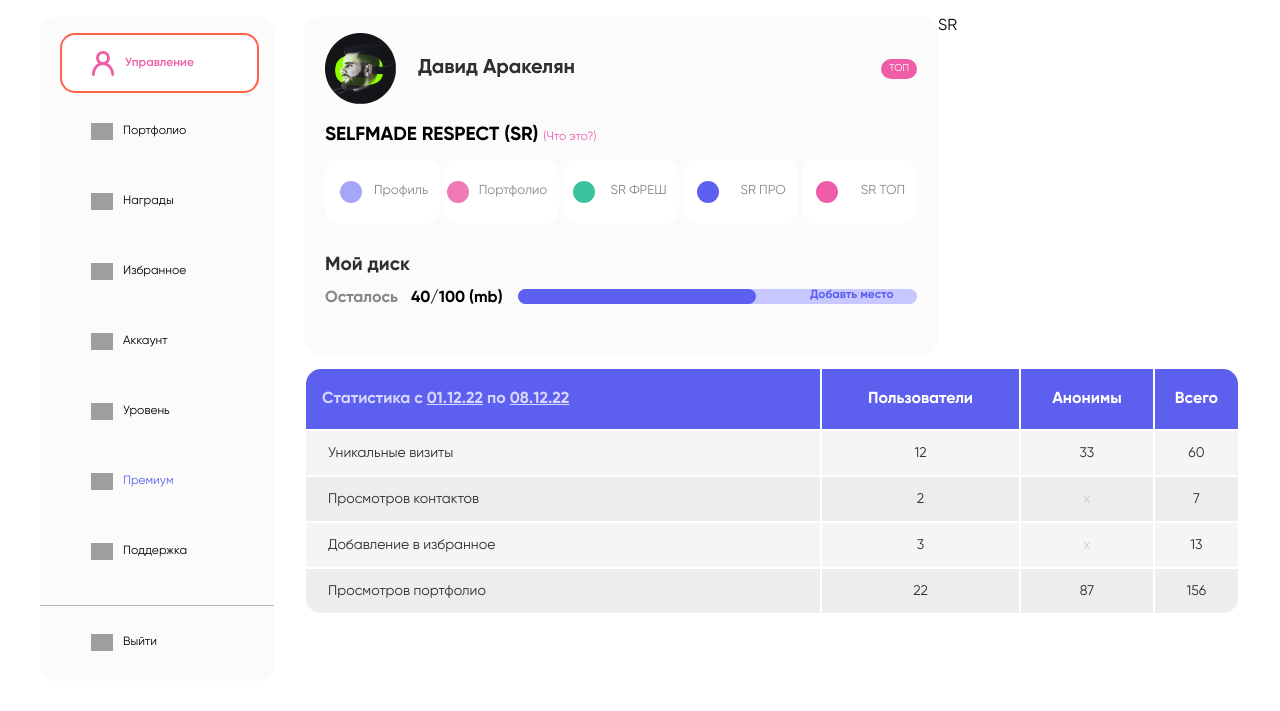
Repository: alexboagreek/selfmade
Page: index.html
The author's editor kept a copy of each file at every save. The page is drawn from the files as they stood at one save, then again after a run of saves.
The browser window is 1280 px wide. The pictures show the part of the page from y = 353 to 1064 px (the page is 1703 px tall before and 1573 px after).
Pictures or frames that could not be fetched are drawn as grey boxes. A picture or video elsewhere on the page could not be fetched, so the positions and the page height are approximate.

Above is the page before, as saved 2022-12-13 16:49:35.

### index.html
<!DOCTYPE html>
<html lang="ru">
<head>
    <meta charset="UTF-8">
    <meta http-equiv="X-UA-Compatible" content="IE=edge">
    <meta name="viewport" content="width=device-width, initial-scale=1.0">
    <link rel="stylesheet" href="css/style.css">
    <link rel="icon" type="image/png" sizes="64x64" href="assets/icons/favicon.png">
    <link rel="icon" type="image/png" sizes="48x48" href="assets/icons/favicon_48.png">
    <title>Selfmade</title>
</head>
<body>
    <header class="header">
        <div class="header__container">
            <h1 class="visually-hidden">Selfmade...</h1>
            <div class="header__box">
                <div class="header__logo">
                    <a href="/"><img src="./assets/icons/header_logo.svg" alt="Логотип Selfmade"></a>
                </div>
                <div class="header__login">
                    <div class="header__alarm">
                        <img class="header__alarm_icon" src="assets/icons/bell.svg" alt="authorization bell">
                    </div>
                    <p class="user__name">Аракелян Д.</p>
                    <div class="user__login">
                        <img src="assets/icons/user_icon.svg" alt="user icon">
                    </div>
                </div>
            </div>
        </div>
    </header>

    <main class="main main__container">
        <div class="sidebar">
            <ul class="menu__list">
                <li class="menu__list_item menu__list_item_fix">
                    <button class="menu__list_button menu__button_control control__text button__margin">Управление</button>
                </li>
                <li class="menu__list_item list_item_fix">
                    <button class="menu__list_button menu__button_portfolio">Портфолио</button>
                </li>
                <li class="menu__list_item list_item_fix">
                    <button class="menu__list_button menu__button_star">Награды</button>
                </li>
                <li class="menu__list_item list_item_fix">
                    <button class="menu__list_button menu__button_like">Избранное</button>
                </li>
                <li class="menu__list_item list_item_fix">
                    <button class="menu__list_button menu__button_settings">Аккаунт</button>
                </li>
                <li class="menu__list_item list_item_fix">
                    <button class="menu__list_button menu__button_level">Уровень</button>
                </li>
                <li class="menu__list_item list_item_fix">
                    <button class="menu__list_button menu__button_premium menu__button_active">Премиум</button>
                </li>
                <li class="menu__list_item item__border list_item_fix">
                    <button class="menu__list_button menu__button_helper">Поддержка</button>
                </li>
                <li class="menu__list_item list_item_fix menu__line">
                    <button class="menu__list_button menu__button_exit">Выйти</button>
                </li>
            </ul>
        </div>
        <div class="content">
            <section class="interface">
                <div class="interface__box">
                    <div class="interface__box_header interface__line">
                        <div class="user__info">
                            <img src="assets/img/interface.png" alt="Логотип интерфейса юзера | user interface logo" class="interface__img">
                            <p class="interface__text">Давид Аракелян</p>
                        </div>
                        <div class="interface__rating">Топ</div>
                    </div>
                    <div class="selfmade__respect">
                        <h2 class="selfmade__respect_title">SELFMADE RESPECT (SR) <span class="selfmade__span">(Что это?)</span></h2>
                        <ul class="selfmade__list">
                            <li class="selfmade__list_item"><span class="selfmade__profile"></span><span class="list__text">Профиль</span></li>
                            <li class="selfmade__list_item"><span class="selfmade__portfolio"></span>Портфолио</li>
                            <li class="selfmade__list_item"><span class="selfmade__fresh"></span>SR ФРЕШ</li>
                            <li class="selfmade__list_item"><span class="selfmade__pro"></span>SR ПРО</li>
                            <li class="selfmade__list_item"><span class="selfmade__top"></span>SR ТОП</li>
                        </ul>
                    </div>
                    <div class="selfmade__disk">
                        <h3 class="selfmade__disk_title">Мой диск</h3>
                        <div class="selfmade__disk_progress">
                            <p class="selfmade__disk_text">Осталось</p>
                            <p class="selfmade__disk_value">40/100 (mb)</p>
                            <div class="progress__bar">
                                <div class="progress__cover_bar"><span class="progress__bar_text">Добавть место</span></div>
                            </div>
                        </div>
                    </div>
                </div>
                <div class="interface__respect">SR</div>
            </section>
            <section class="table">
                <table class="table__body">
                    <thead>
                      <tr>
                        <th class="table__head">Статистика с <span class="table__date">01.12.22</span> по <span class="table__date">08.12.22</span></th>
                        <th class="table__text">Пользователи</th>
                        <th class="table__text">Анонимы</th>
                        <th class="table__text table__left">Всего</th>
                      </tr>
                    </thead>
                    <tbody>
                      <tr class="table__first">
                        <td class="table__first_row">Уникальные визиты</td>
                        <td class="first__row_text">12</td>
                        <td class="first__row_text">33</td>
                        <td class="first__row_text">60</td>
                      </tr>
                      <tr class="table__second">
                        <td class="table__second_row">Просмотров контактов</td>
                        <td class="first__row_text">2</td>
                        <td class="first__row_text text__module">x</td>
                        <td class="first__row_text">7</td>
                      </tr>
                      <tr class="table__first">
                        <td class="table__first_row">Добавление в избранное</td>
                        <td class="first__row_text">3</td>
                        <td class="first__row_text text__module">x</td>
                        <td class="first__row_text">13</td>
                      </tr>
                      <tr  class="table__second">
                        <td class="table__second_row row__radius_left">Просмотров портфолио</td>
                        <td class="first__row_text">22</td>
                        <td class="first__row_text">87</td>
                        <td class="first__row_text row__radius">156</td>
                      </tr>
                    </tbody>
                  </table>
            </section>
        </div>
    </main>

  <footer class="footer">
    <div class="footer__container">
        <div class="footer__box">
            <img src="./assets/icons/footer_logo.svg" alt="Логотип Selfmade">
            <div class="footer__social">
                <ul class="footer__social_list">
                    <li class="footer__social_list_item">
                        <svg width="15" height="14" viewbox="0 0 15 14" fill="none" xmlns="http://www.w3.org/2000/svg">
                            <path d="M0.911243 6.87875L4.18677 8.10128L5.45459 12.1786C5.53572 12.4397 5.85504 12.5363 6.067 12.363L7.89283 10.8745C8.08421 10.7186 8.35682 10.7108 8.55683 10.856L11.85 13.2469C12.0767 13.4117 12.3979 13.2875 12.4548 13.0135L14.8672 1.40935C14.9293 1.11007 14.6352 0.860402 14.3502 0.970619L0.907405 6.15646C0.575664 6.2844 0.578554 6.75408 0.911243 6.87875ZM5.25027 7.4505L11.6519 3.50775C11.7669 3.43709 11.8853 3.59266 11.7865 3.6843L6.50332 8.59526C6.31761 8.76813 6.19783 8.99946 6.1639 9.25055L5.98393 10.5842C5.9601 10.7623 5.70995 10.78 5.66081 10.6077L4.96866 8.17563C4.88939 7.89823 5.00491 7.60194 5.25027 7.4505Z" fill="#5D5FEF"/>
                        </svg>
                    </li>
                    <li class="footer__social_list_item">
                        <svg width="15" height="15" viewbox="0 0 15 15" fill="none" xmlns="http://www.w3.org/2000/svg">
                            <path fill-rule="evenodd" clip-rule="evenodd" d="M4.90509 0.6828C2.54568 0.6828 0.632996 2.59548 0.632996 4.9549V10.295C0.632996 12.6544 2.54568 14.5671 4.90509 14.5671H10.2452C12.6046 14.5671 14.5173 12.6544 14.5173 10.295V4.9549C14.5173 2.59548 12.6046 0.6828 10.2452 0.6828H4.90509ZM7.57515 3.88687C5.51067 3.88687 3.83707 5.56047 3.83707 7.62496C3.83707 9.68944 5.51067 11.363 7.57515 11.363C9.63964 11.363 11.3132 9.68944 11.3132 7.62496C11.3132 5.56047 9.63964 3.88687 7.57515 3.88687ZM11.5421 4.64975C12.0898 4.64975 12.5338 4.20573 12.5338 3.65801C12.5338 3.11029 12.0898 2.66627 11.5421 2.66627C10.9944 2.66627 10.5504 3.11029 10.5504 3.65801C10.5504 4.20573 10.9944 4.64975 11.5421 4.64975Z" fill="#5D5FEF"/>
                        </svg>
                    </li>
                    <li class="footer__social_list_item">
                        <svg width="16" height="9" viewbox="0 0 16 9" fill="none" xmlns="http://www.w3.org/2000/svg">
                            <path d="M12.9479 4.91454C12.7006 4.61918 12.7714 4.48778 12.9479 4.22376C12.9511 4.22075 14.9925 1.55289 15.2028 0.648132L15.2041 0.647529C15.3086 0.317814 15.2041 0.0755005 14.6987 0.0755005H13.0263C12.6006 0.0755005 12.4043 0.283456 12.2991 0.516125C12.2991 0.516125 11.4477 2.44378 10.2431 3.69332C9.85434 4.05438 9.67462 4.17012 9.46239 4.17012C9.35787 4.17012 9.19535 4.05438 9.19535 3.72467V0.647529C9.19535 0.252112 9.07617 0.0755005 8.72373 0.0755005H6.09412C5.82709 0.0755005 5.66839 0.259948 5.66839 0.431737C5.66839 0.80666 6.27066 0.892856 6.33312 1.9477V4.23642C6.33312 4.73792 6.23689 4.83015 6.02338 4.83015C5.45489 4.83015 4.07508 2.89465 3.25739 0.679476C3.09232 0.249701 2.93108 0.0761032 2.50216 0.0761032H0.829178C0.351821 0.0761032 0.255585 0.284059 0.255585 0.516728C0.255585 0.927817 0.824079 2.97181 2.89921 5.67222C4.28221 7.51549 6.22988 8.51428 8.00164 8.51428C9.06661 8.51428 9.19663 8.29246 9.19663 7.91091C9.19663 6.14961 9.10039 5.98325 9.63383 5.98325C9.88111 5.98325 10.3068 6.09898 11.3011 6.98806C12.4374 8.04231 12.6242 8.51428 13.2602 8.51428H14.9326C15.4093 8.51428 15.6508 8.29246 15.5119 7.85485C15.1939 6.93442 13.0448 5.04112 12.9479 4.91454V4.91454Z" fill="#5D5FEF"/>
                        </svg>
                    </li>
                    <li class="footer__social_list_item">
                        <svg width="7" height="14" viewbox="0 0 7 14" fill="none" xmlns="http://www.w3.org/2000/svg">
                            <path d="M5.1126 2.93661H6.8285V0.446777H4.81141V0.455757C2.36736 0.540786 1.86645 1.89031 1.8223 3.30771H1.81727V4.55101H0.153015V6.9893H1.81727V13.5253H4.3254V6.9893H6.37996L6.77685 4.55101H4.32622V3.79984C4.32622 3.32082 4.65072 2.93661 5.1126 2.93661Z" fill="#5D5FEF"/>
                        </svg>
                    </li>
                </ul>
            </div>
        </div>
        <div class="footer__services">
            <ul class="services__list">
                <li class="services__list_item">Как работает сервис?</li>
                <li class="services__list_item">Советы от SELFMADE</li>
                <li class="services__list_item">Пользовательское соглашение</li>
                <li class="services__list_item">Почему SELFMADE</li>
                <li class="services__list_item">Помощь и поддержка</li>
            </ul>
        </div>
    </div>
    <div class="footer__copyright">
        <ul class="footer__copyright_list">
            <li class="footer__copyright_list_item footer__copy_text">© SELFMADE.TEAM 2022</li>
            <li class="footer__copyright_list_item footer__copy_text-info">ИНН 431207720494 / ОГРНИП 320508100324371</li>
            <li class="footer__copyright_list_item">
                <a class="footer__copyright_link" href="#">Политика конфиденциальности</a>
            </li>
        </ul>
    </div>

  </footer>
</body>
</html>

### css/style.css
@import 'normalize.css';
@import 'fonts.css';
@import 'default.css';
@import 'header.css';
@import 'sidebar.css';
@import 'interface.css';
@import 'table.css';
@import 'footer.css';

### css/fonts.css
@font-face {
    font-family: Gilroy;
    src: url(../assets/fonts/Gilroy-Regular.woff2) format('woff2'),
    url(../assets/fonts/Gilroy-Regular.woff) format('woff');
    font-weight: 400;
}

@font-face {
    font-family: Gilroy;
    src: url(../assets/fonts/Gilroy-Semibold.woff2) format('woff2'),
    url(../assets/fonts/Gilroy-Semibold.woff) format('woff');
    font-weight: 500;
}

@font-face {
    font-family: Gilroy;
    src: url(../assets/fonts/Gilroy-Bold.woff2) format('woff2'),
    url(../assets/fonts/Gilroy-Bold.woff) format('woff');
    font-weight: 600;
}

### css/default.css
:root {
    --color-control-text:#EF5DA8;
    --color-menu: #F0F0F0;
    --color-menu-active: #5D5FEF;
    --color-alarm: #EF5DA8;
    --color-main: #FBFBFB;
    --footer-color-main: #5D5FEF;
    --footer-color-copyright: #5556D3;
    --footer-social-color: #FFFFFF;
    --footer-copyright-link: #B6B6B6;

}

html {
  overflow-x: hidden;
  position: relative;
  box-sizing: border-box;
}

*,
*::before,
*::after {
  box-sizing: inherit;
}

body {
  display: flex;
  flex-direction: column;
  min-width: 320px;
  height: 100%;
  font-family: Gilroy, sans-serif;
  background-color: #FFFFFF;
  font-size: 16px;
  overflow-x: hidden;
  position: relative;
}

img,
svg {
  max-width: 100%;
  max-height: 100%;
  height: auto;
}

button {
  padding: 0;
  cursor: pointer;
  border: none;
  background-color: transparent;
}

a {
  text-decoration: none;
  color: inherit;
}

ul {
  list-style: none;
  padding: 0;
  margin: 0;
}

h1,
h2,
h3,
p,
figure,
fieldset {
  margin: 0;
}

iframe {
  border: none;
}

fieldset {
  padding: 0;
  border: 0;
}

.visually-hidden {
  position: fixed;
  transform: scale(0);
}

.container {
    max-width: 1400px;
    padding: 0 100px;
    margin: 0 auto;
}

### css/header.css
.header {
    padding-top: 28px;
    padding-bottom: 37px;
    flex: 0 0 auto;
    background-color: #FFFFFF;
}

.header__box {
    display: flex;
    justify-content: space-between;
    align-items: center;
}

.header__container {
    max-width: 1500px;
    margin: 0 auto;
    padding: 0 100px;
}

.header__alarm {
    position: relative;
    margin-right: 11px;
}

.header__alarm::after {
    position: absolute;
    top: 0;
    content: '';
    width: 5px;
    height: 5px;
    background-color: var(--color-alarm);
    border-radius: 50%;
}
.user__name {
    margin-right: 6px;
}

.header__login {
    display: flex;
    align-items: center;
}

.user__login {
    cursor: pointer;
}

.services__list_item {
    cursor: pointer;
}

### css/sidebar.css
.main {
    display: flex;
}

.main__container {
    max-width: 1200px;
    margin: 0 auto;
}

.sidebar {
    display: flex;
    justify-content: center;
    width: 234px;
    border-radius: 15px;
    background-color: var(--color-main);
    margin-bottom: 130px;
    margin-right: 30px;
}

.menu__list_button {
    font-size: 12px;
    line-height: 16px;
    padding: 7px 8px 7px 40px;
    background-size: 22px;
    background-position: 8px center;
    background-repeat: no-repeat;
    border-radius: 50px;
    border: 1px solid transparent;
    white-space: nowrap;
    outline: none;
    margin-bottom: 38px;
}

.menu__list_item_fix {
    display: flex;
    padding-left: 20px;
    align-items: flex-start;
}

.menu__button_active {
    color: var(--color-menu-active);
}

.menu__button_control {
    width: 199px;
    margin-top: 16px;
    border-radius: 15px;
    border: 2px solid tomato;
    padding: 20px;
    background-color: #FFFFFF;
    background-image: url('../assets/icons/user__icon.svg');
    background-position: calc(30px);
}

.control__text {
    font-weight: 500;
    color: var(--color-control-text);
}

.menu__button_portfolio {
    background-image: url('../assets/icons/portfolio_icon.svg');
}
.menu__button_star {
    background-image: url('../assets/icons/star_icon.svg');
}

.menu__button_like {
    background-image: url('../assets/icons/like_icon.svg');
}
.menu__button_settings {
    background-image: url('../assets/icons/settings_icon.svg');
}
.menu__button_level {
    background-image: url('../assets/icons/level_icon.svg');
}
.menu__button_premium {
    background-image: url('../assets/icons/premium_icon.svg');
}

.menu__button_helper {
    background-image: url('../assets/icons/helper_icon.svg');
}

.menu__line {
    width: 234px;
    border-top: 1px solid var(--footer-copyright-link);
}
.menu__button_exit {
    background-image: url('../assets/icons/exit_icon.svg');
    margin-top: 20px;
    margin-bottom: 23px;
}

.list_item_fix {
    padding-left: 42px;
}

.button__margin {
    margin-bottom: 22px;
}

### css/interface.css

.interface {
    display: flex;
    margin-bottom: 13px;
}

.interface__box {
    border-radius: 15px;
    padding: 16px 21px;
    width: 634px;
    background-color: var(--color-main);
}

.interface__box_header {
    display: flex;
    justify-content: space-between;
    align-items: center;
    margin-bottom: 19px;
}

.user__info {
    display: flex;
    align-items: center;
}

.interface__text {
    font-weight: 700;
    font-size: 20px;
    margin-left: 22px;
    line-height: 1.06;
    color: #2F2F2F;
}

.interface__rating {
    padding: 4px 8px;
    border-radius: 47px;
    color: #FFFFFF;
    background-color: var( --color-control-text);
    font-size: 10px;
    text-transform: uppercase;
}
.selfmade__respect_title {
    margin-bottom: 10px;
    font-weight: 600;
    font-size: 19px;
    line-height: 23px;
}

.selfmade__span {
    font-weight: 400;
    font-size: 12px;
    color: var(--color-control-text);
}

.selfmade__list {
    display: flex;
    justify-content: space-between;
    position: relative;
   text-align: end;
    margin-bottom: 30px;
}

.selfmade__list_item {
    position: relative;
    width: 115px;
    color: #868686;
    font-size: 13px;
    background-color: #FFFFFF;
    padding: 25px 12px;
    border-radius: 15px;

}

.selfmade__profile {
    top: 22px;
    left: 15px;
    position: absolute;
    display: block;
    border-radius: 50%;
    width: 22px;
    height: 22px;
    background-color: #A5A6F6;
}

.selfmade__portfolio {
    top: 22px;
    left: 3px;
    position: absolute;
    display: block;
    border-radius: 50%;
    width: 22px;
    height: 22px;
    background-color: #F178B6;
}

.selfmade__fresh{
    top: 22px;
    left: 9px;
    position: absolute;
    display: block;
    border-radius: 50%;
    width: 22px;
    height: 22px;
    background-color: #3AC39F;
}

.selfmade__pro {
    top: 22px;
    left: 14px;
    position: absolute;
    display: block;
    border-radius: 50%;
    width: 22px;
    height: 22px;
    background-color: #5D5FEF;
}

.selfmade__top {
    top: 22px;
    left: 14px;
    position: absolute;
    display: block;
    border-radius: 50%;
    width: 22px;
    height: 22px;
    background-color: #EF5DA8;
}
.selfmade__disk_title {
    font-size: 19px;
    font-weight: 600;
    color: #2F2F2F;
    margin-bottom: 13px;
}
.selfmade__disk_text {
    font-size: 16px;
    font-weight: 600;
    color:#868686;
    margin-right: 13px;
}

.selfmade__disk_value {
    font-size: 16px;
    font-weight: 600;
    margin-right: 15px;
    white-space: nowrap;
}
.selfmade__disk_progress {
    display: flex;
}

.progress__bar {
    position: relative;
    display: flex;
    align-items: center;
    width: 398px;
    width: 100%;
    background-color: #C7C8FF;
    border-radius: 63px;
    height: 15px;
}

.progress__cover_bar {
    position: absolute;
    width: 238px;
    background-color: #5D5FEF;
    border-radius: 63px;
    height: 15px;
}

.progress__bar_text {
    position: absolute;
    display: block;
    font-weight: 600;
    font-size: 12px;
    color: #5D5FEF;
    right: -138px;
}

.selfmade__disk {
    margin-bottom: 30px;
}

### css/table.css
.table__body {
    width: 936px;
    height: 236px;
}

.table__head {
    padding: 21px 16px;
    background-color: #5D5FEF;
    text-align: left;
    color: #D6D6FF;
    border-top-left-radius: 15px;
}

.table__text {
    background-color: #5D5FEF;
    color: #FFFFFF;
}

.table__left {
    border-top-right-radius: 15px;
}

.table__date {
    cursor: pointer;
    text-decoration: underline;
}

.table__first {
    background-color:#F5F5F5;
    font-weight: 400;
    color: #2F2F2F;
}

.table__first_row {
    font-size: 14px;
    padding: 14px 22px;
    color: #2F2F2F;
}

.table__second {
    background-color: #EDEDED;
    font-weight: 400;
    color: #2F2F2F;
}

.first__row_text {
    text-align: center;
    font-size: 14px;
    color: #2F2F2F;
}

.table__second_row {
    font-size: 14px;
    padding: 14px 22px;
    color: #2F2F2F;
}

.row__radius {
    border-bottom-right-radius: 15px;
}

.row__radius_left {
    border-bottom-left-radius: 15px;
}

.text__module {
    color: #CDCDCD;
    font-size: 14px;
}

### css/footer.css
.footer {
    flex: 0 0 auto;
}

.footer__container {
    padding: 50px 140px 0px 140px;
    background-color: var(--footer-color-main);
}

.footer__box {
    display: flex;
    justify-content: space-between;
    background-color: var(--footer-color-main);
    margin-bottom: 50px;
}

.footer__social_list_item {
    display: flex;
    align-items: center;
    justify-content: center;
    width: 29px;
    height: 29px;
    background-color: var(--footer-social-color);
    border-radius: 50%;
    margin-right: 19px;
    cursor: pointer;
}

.footer__social_list_item:last-child {
    margin-right: 0;
}

.footer__social_list {
    display: flex;
}

.footer__services {
    padding-bottom: 41px;
}

.services__list {
    display: flex;
    justify-content: space-between;
}
.services__list_item {
    font-size: 16px;
    font-weight: 500;
    color: var(--footer-social-color);
}

.footer__copyright {
    padding: 30px 140px;
    border-top: 1px solid #FFFFFF;
    background-color: var(--footer-color-copyright);
}

.footer__copyright_list {
    display: flex;
    justify-content: space-between;
}

.footer__copy_text {
    font-weight: 500;
    line-height: 16px;
    color: var(--footer-social-color);
}

.footer__copy_text-info {
    font-weight: 400;
    color: var(--footer-social-color);
}
.footer__copyright_link {
    color: var(--footer-copyright-link);
}

Loaded but not shown: css/normalize.css (library)

After the next 2 saves:
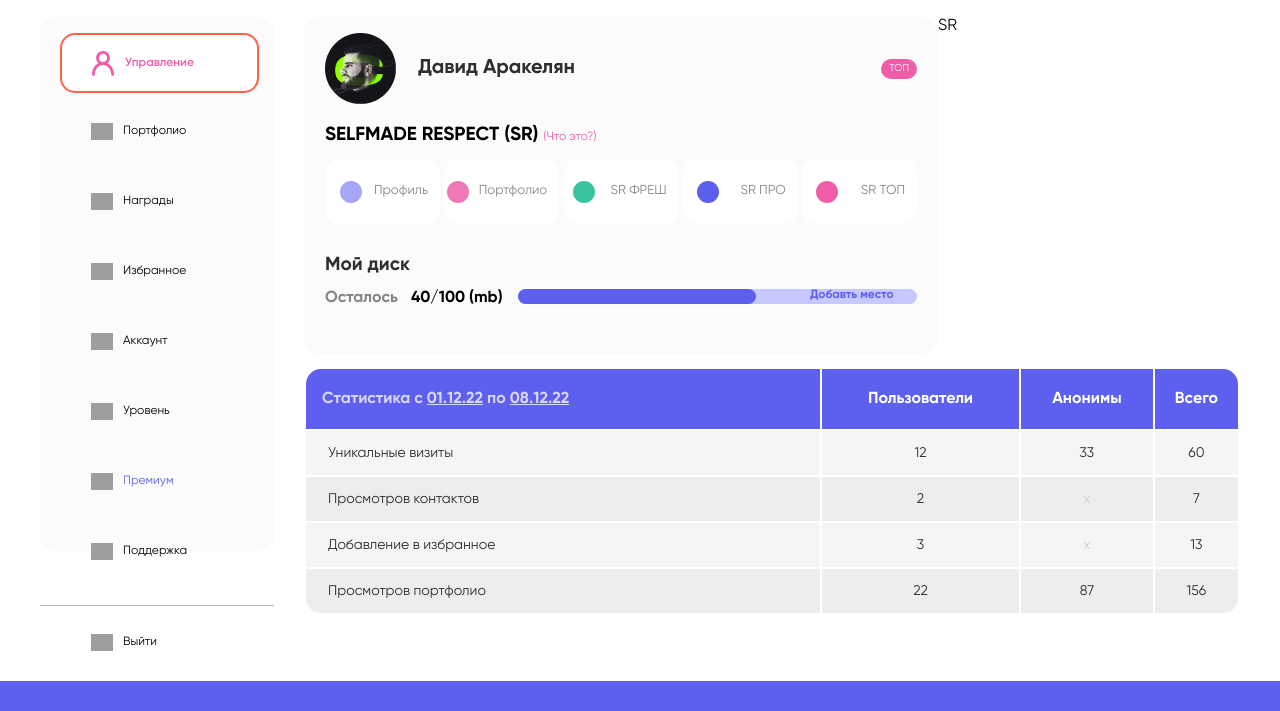
The 2 saves are shown as one change because they came seconds apart.
The last was saved 62 s later.
--- a/css/sidebar.css
+++ b/css/sidebar.css
@@ -11,6 +11,7 @@
     display: flex;
     justify-content: center;
     width: 234px;
+    height: 534px;
     border-radius: 15px;
     background-color: var(--color-main);
     margin-bottom: 130px;
